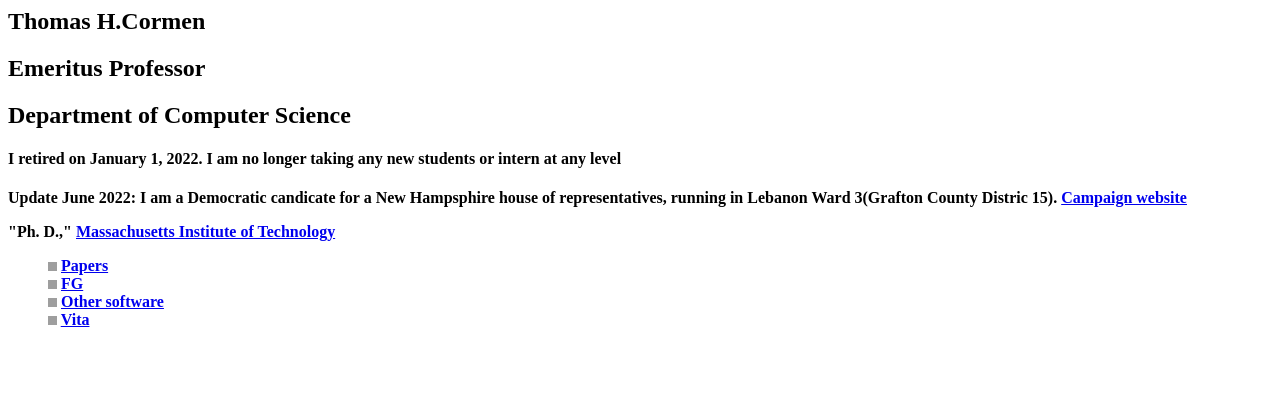
Repository: HoangDuy315/web-dev2022
Page: index.html
The author's editor kept a copy of each file at every save. The page is drawn from the files as they stood at one save, then again after the next save.
The browser window is 1280 px wide. The pictures show the whole page.
Pictures or frames that could not be fetched are drawn as grey boxes.

Above is the page before, as saved 2022-09-22 14:14:44.

After the next save:
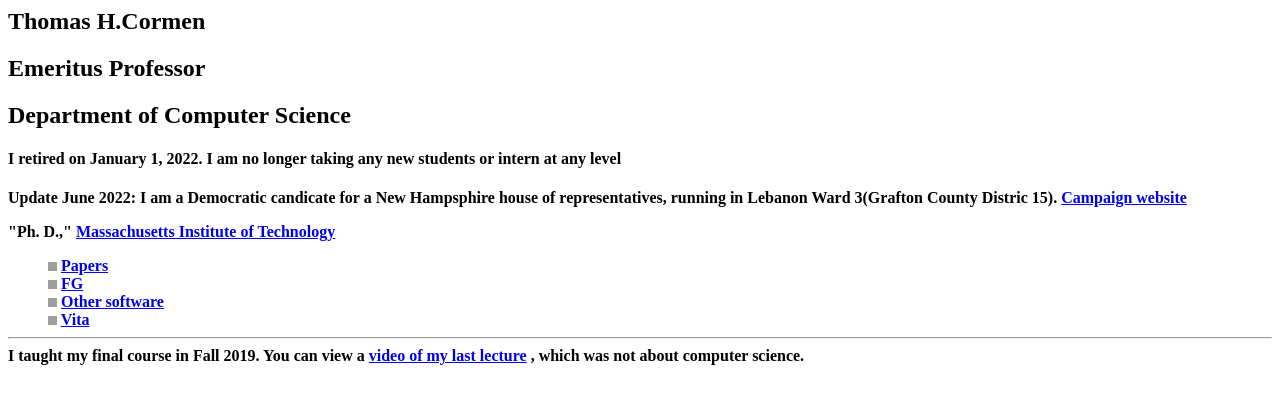
Saved 2 min 35 s later.
--- a/index.html
+++ b/index.html
@@ -31,6 +31,15 @@
         </b>
 
 
-        </dd>
+    </dd>
+
+    <hr>
+        I taught my final course in Fall 2019.  You can view a
+        <a href="https://www.youtube.com/watch?v=7uQRrNdpMsU&amp;t=1329s">video of my
+        last lecture</a>
+        , which was not about computer science.
+    </h4>
+
+
 </body>
 </html>
